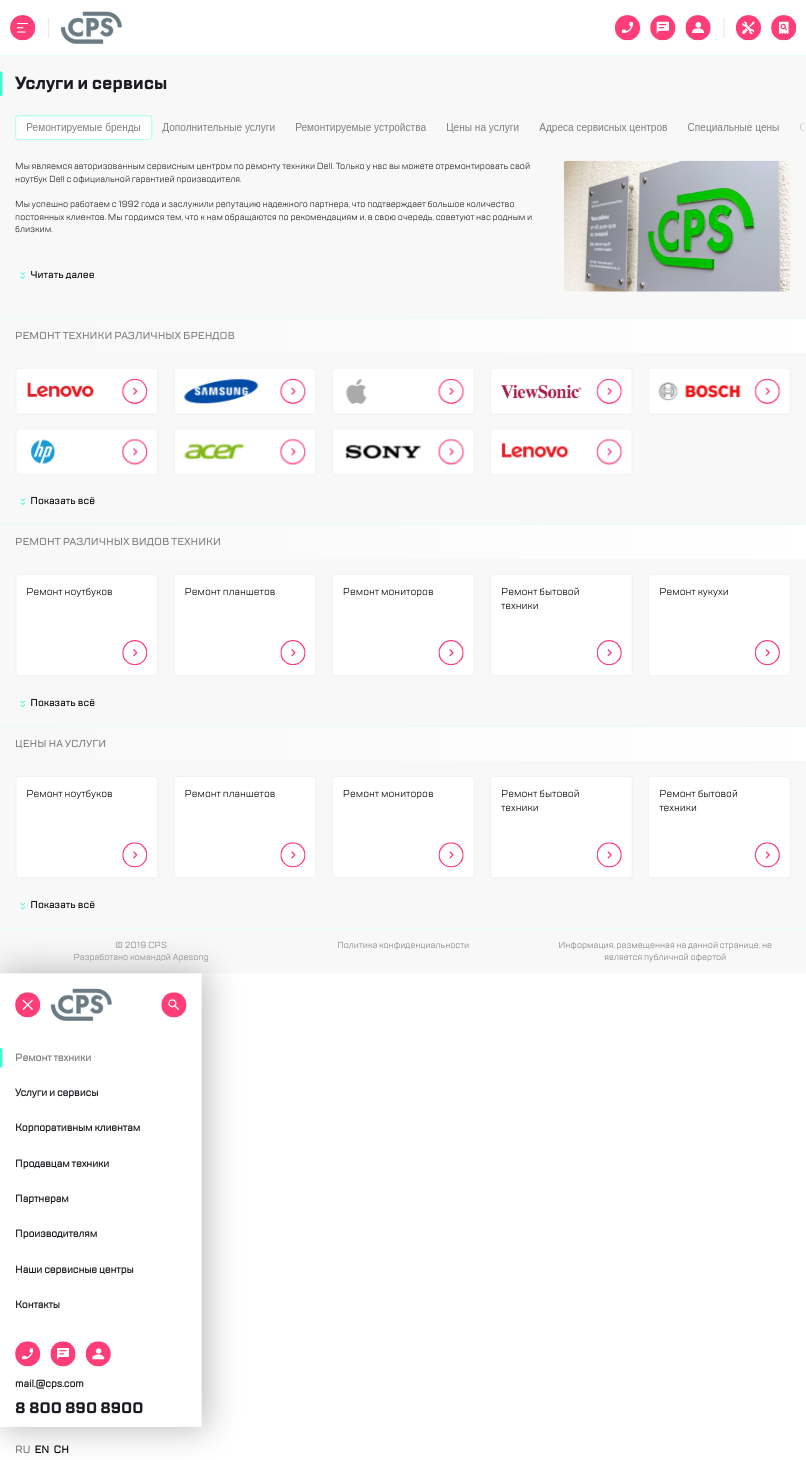
Repository: Dedoxa/WebCoreF
Page: /
These files come from the project's save history. The page is drawn as it stood at one moment and after the next save; the edit follows.
The browser window is 1280 px wide. The pictures show the whole page, at 63% of full size.
The project was rebuilt for these pictures with package versions that can differ from the ones it lists, and the page was loaded fresh each time. Also part of the build but not shown: webpack.config.js.

Above is the page before, as saved 2024-06-15 17:13:20.

After the next save:
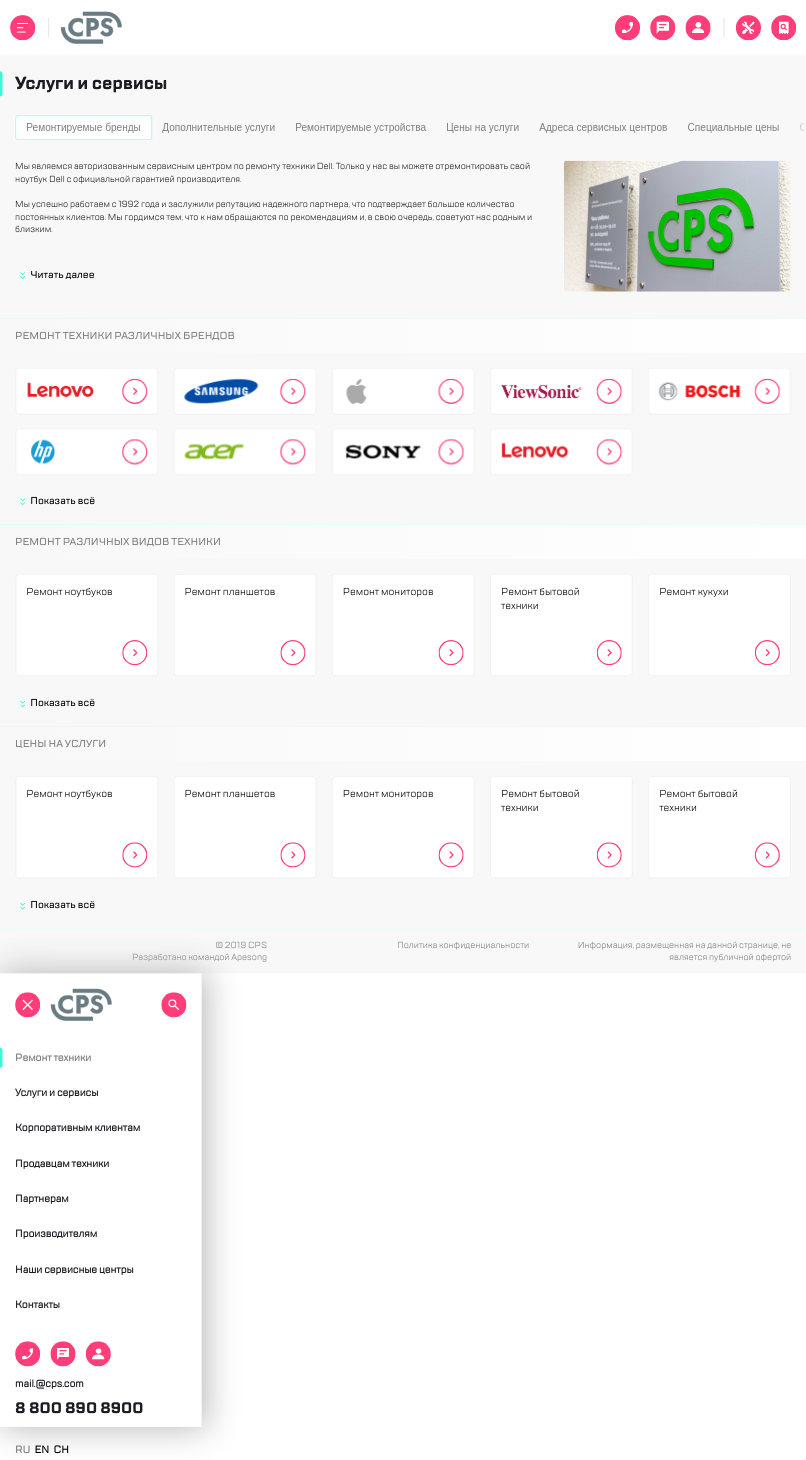
Saved 113 s later.
--- a/src/scss/footer.scss
+++ b/src/scss/footer.scss
@@ -23,6 +23,14 @@
       flex-direction: row;
       padding-right: 24px;
       padding-left: 24px;
+
+      &:first-child {
+        text-align: left;
+      }
+
+      &:last-child {
+        text-align: right;
+      }
     }
 
     @media (min-width: 1440px) {
